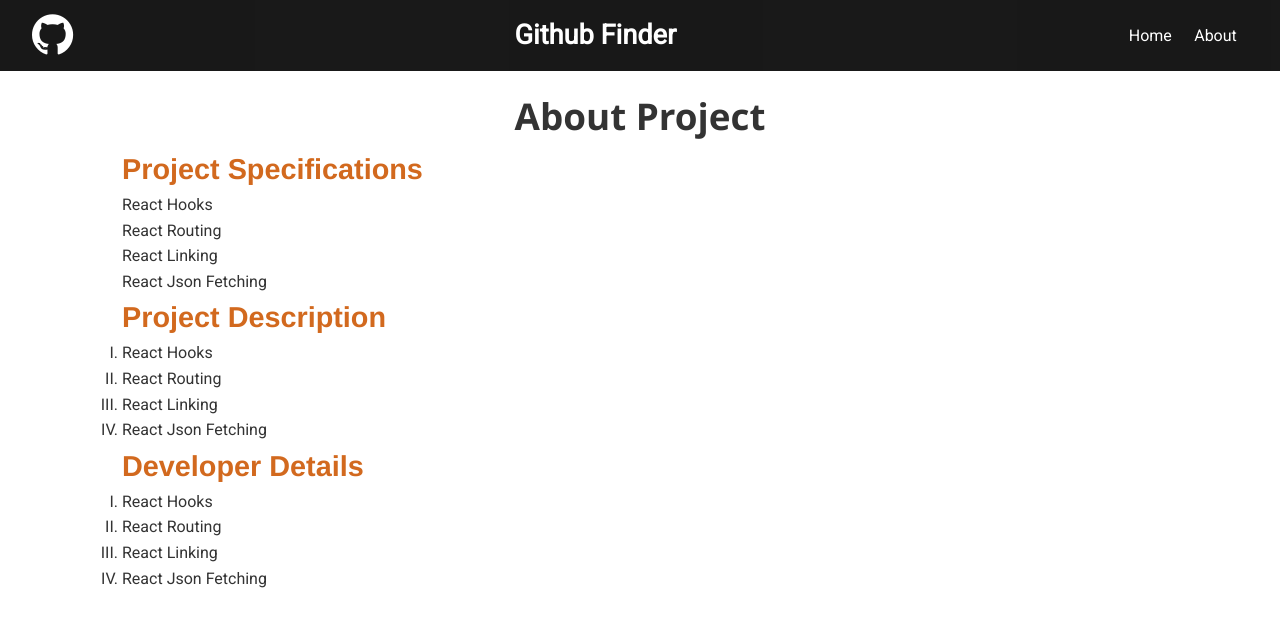
Repository: hemantsaini-7/ReactHooks-GitHub-Clone
Page: /about
An editor plug-in stored every save of this project. The page is shown before and after the next save, followed by the edit.
The browser window is 1280 px wide. The pictures show the whole page.
The project was rebuilt for these pictures with package versions that can differ from the ones it lists, and the page was loaded fresh each time. Also part of the build but not shown: src/components/users/UserItem.js, src/components/layout/Spinner.js, src/components/users/Users.js, src/components/repos/RepoItem.js, src/components/repos/Repos.js, src/components/users/User.js, src/components/users/Search.js, src/components/layout/Alert.js.

Above is the page before, as saved 2020-08-06 10:09:49.

### public/index.html
<!DOCTYPE html>
<html lang="en">
  <head>
    <meta charset="utf-8" />
    <link rel="icon" href="%PUBLIC_URL%/favicon.ico" />
    <meta name="viewport" content="width=device-width, initial-scale=1" />
    <meta name="theme-color" content="#000000" />
    <meta
      name="description"
      content="Web site created using create-react-app"
    />
    <link rel="apple-touch-icon" href="%PUBLIC_URL%/logo192.png" />

    <link rel="manifest" href="%PUBLIC_URL%/manifest.json" />
    <link
      rel="stylesheet"
      href="https://stackpath.bootstrapcdn.com/font-awesome/4.7.0/css/font-awesome.min.css"
    />
    <title>React App</title>
  </head>
  <body>
    <noscript>You need to enable JavaScript to run this app.</noscript>
    <div id="root"></div>
  </body>
</html>

### src/App.js
import React, { Fragment, useState } from "react";
import "./App.css";
import { BrowserRouter as Router, Switch, Route } from "react-router-dom";
import Navbar from "./components/layout/Navbar";
import Users from "./components/users/Users";
import User from "./components/users/User";
import Search from "./components/users/Search";
import Alert from "./components/layout/Alert";
import About from "./components/pages/About";
import axios from "axios";
const App = () => {
  const [users, setUsers] = useState([]);
  const [user, setUser] = useState({});
  const [repos, setRepos] = useState([]);
  const [loading, setLoading] = useState(false);
  const [alert, setAlert] = useState(null);

  const searchUsers = async (text) => {
    //this.setState({ loading: true });
    setLoading(true);
    const res = await axios.get(
      `https://api.github.com/search/users?q=${text}&cliend_id=${process.env.REACT_APP_GITHUB_CLIENT_ID}&client_secret=${process.env.REACT_APP_GITHUB_CLIENT_SECRET}`
    );
    setUsers(res.data.items);
    setLoading(false);
  };

  const clearUsers = () => {
    setUsers([]);
    setLoading(false);
  };

  const showAlert = (msg, type) => {
    //this.setState({ alert: { msg, type } });
    setAlert({ msg, type });
    setTimeout(() => setAlert(null), 5000);
  };

  const getUser = async (username) => {
    setLoading(true);
    const res = await axios.get(
      `https://api.github.com/users/${username}?cliend_id=${process.env.REACT_APP_GITHUB_CLIENT_ID}&client_secret=${process.env.REACT_APP_GITHUB_CLIENT_SECRET}`
    );
    setUser(res.data);
    setLoading(false);
  };

  const getUserRepos = async (username) => {
    setLoading(true);
    const res = await axios.get(
      `https://api.github.com/users/${username}/repos?per_page=5&sort=created:asc&cliend_id=${process.env.REACT_APP_GITHUB_CLIENT_ID}&client_secret=${process.env.REACT_APP_GITHUB_CLIENT_SECRET}`
    );
    setRepos(res.data);
    setLoading(false);
  };

  return (
    <Router>
      <div className='App'>
        <Navbar title='Github Finder' />
        <div className='container'>
          <Alert alert={alert} />
          <Switch>
            <Route
              exact
              path='/'
              render={(props) => (
                <Fragment>
                  <Search
                    searchUsers={searchUsers}
                    clearUsers={clearUsers}
                    showClear={users.length > 0 ? true : false}
                    setAlert={showAlert}
                  />
                  <Users users={users} loading={loading} />
                </Fragment>
              )}
            />
            <Route exact path='/about' component={About} />
            <Route
              exact
              path='/user/:login'
              render={(props) => (
                <User
                  {...props}
                  getUser={getUser}
                  getUserRepos={getUserRepos}
                  repos={repos}
                  user={user}
                  loading={loading}
                />
              )}
            />
          </Switch>
        </div>
      </div>
    </Router>
  );
};

export default App;

### src/App.css
@import url("https://fonts.googleapis.com/css?family=Roboto");

/* Global Styles */
:root {
  --primary-color: #dc3545;
  --dark-color: #333333;
  --light-color: #f4f4f4;
  --danger-color: #dc3545;
  --success-color: #28a745;
}

* {
  box-sizing: border-box;
  margin: 0;
  padding: 0;
}

body {
  font-family: "Roboto", sans-serif;
  font-size: 1rem;
  line-height: 1.6;
  background-color: #fff;
  color: #333;
}

a {
  color: var(--primary-color);
  text-decoration: none;
}

a:hover {
  color: #666;
}

ul {
  list-style: none;
}

img {
  width: 100%;
}

/* Utilities */
.container {
  max-width: 1100px;
  margin: auto;
  overflow: hidden;
  padding: 0 2rem;
}

/* Text Styles*/
.x-large {
  font-size: 4rem;
  line-height: 1.2;
  margin-bottom: 1rem;
}

.large {
  font-size: 3rem;
  line-height: 1.2;
  margin-bottom: 1rem;
}

.lead {
  font-size: 1.5rem;
  margin-bottom: 1rem;
}

.text-center {
  text-align: center;
}

.text-primary {
  color: var(--primary-color);
}

.text-dark {
  color: var(--dark-color);
}

.text-success {
  color: var(--success-color);
}

.text-danger {
  color: var(--danger-color);
}

.text-center {
  text-align: center;
}

.text-right {
  text-align: right;
}

.text-left {
  text-align: left;
}

/* Center All */
.all-center {
  display: flex;
  flex-direction: column;
  width: 100%;
  margin: auto;
  justify-content: center;
  align-items: center;
  text-align: center;
}

/* Cards */
.card {
  padding: 1rem;
  border: #ccc 1px dotted;
  margin: 0.7rem 0;
}

/* List */
.list {
  margin: 0.5rem 0;
}

.list li {
  padding-bottom: 0.3rem;
}

/* Padding */
.p {
  padding: 0.5rem;
}
.p-1 {
  padding: 1rem;
}
.p-2 {
  padding: 2rem;
}
.p-3 {
  padding: 3rem;
}
.py {
  padding: 0.5rem 0;
}
.py-1 {
  padding: 1rem 0;
}
.py-2 {
  padding: 2rem 0;
}
.py-3 {
  padding: 3rem 0;
}

/* Margin */
.m {
  margin: 0.5rem;
}
.m-1 {
  margin: 1rem;
}
.m-2 {
  margin: 2rem;
}
.m-3 {
  margin: 3rem;
}
.my {
  margin: 0.5rem 0;
}
.my-1 {
  margin: 1rem 0;
}
.my-2 {
  margin: 2rem 0;
}
.my-3 {
  margin: 3rem 0;
}

/* Grid */
.grid-2 {
  display: grid;
  grid-template-columns: repeat(2, 1fr);
  grid-gap: 1rem;
}

.grid-3 {
  display: grid;
  grid-template-columns: repeat(3, 1fr);
  grid-gap: 1rem;
}

.grid-4 {
  display: grid;
  grid-template-columns: repeat(4, 1fr);
  grid-gap: 1rem;
}

.btn {
  display: inline-block;
  background: var(--light-color);
  color: #333;
  padding: 0.4rem 1.3rem;
  font-size: 1rem;
  border: none;
  cursor: pointer;
  margin-right: 0.5rem;
  transition: opacity 0.2s ease-in;
  outline: none;
}

.btn-link {
  background: none;
  padding: 0;
  margin: 0;
}

.btn-block {
  display: block;
  width: 100%;
}

.btn-sm {
  font-size: 0.8rem;
  padding: 0.3rem 1rem;
  margin-right: 0.2rem;
}

.badge {
  display: inline-block;
  font-size: 0.8rem;
  padding: 0.2rem 0.7rem;
  text-align: center;
  margin: 0.3rem;
  background: var(--light-color);
  color: #333;
  border-radius: 5px;
}

.alert {
  padding: 0.7rem;
  margin: 1rem 0;
  opacity: 0.9;
  background: var(--light-color);
  color: #333;
}

.btn-primary,
.bg-primary,
.badge-primary,
.alert-primary {
  background: var(--primary-color);
  color: #fff;
}

.btn-light,
.bg-light,
.badge-light,
.alert-light {
  background: var(--light-color);
  color: #333;
}

.btn-dark,
.bg-dark,
.badge-dark,
.alert-dark {
  background: var(--dark-color);
  color: #fff;
}

.btn-danger,
.bg-danger,
.badge-danger,
.alert-danger {
  background: var(--danger-color);
  color: #fff;
}

.btn-success,
.bg-success,
.badge-success,
.alert-success {
  background: var(--success-color);
  color: #fff;
}

.btn-white,
.bg-white,
.badge-white,
.alert-white {
  background: #fff;
  color: #333;
  border: #ccc solid 1px;
}

.btn:hover {
  opacity: 0.8;
}

.bg-light,
.badge-light {
  border: #ccc solid 1px;
}

.round-img {
  border-radius: 50%;
}

/* Forms */
input {
  margin: 1.2rem 0;
}

.form-text {
  display: block;
  margin-top: 0.3rem;
  color: #888;
}

input[type="text"],
input[type="email"],
input[type="password"],
input[type="date"],
select,
textarea {
  display: block;
  width: 100%;
  padding: 0.4rem;
  font-size: 1.2rem;
  border: 1px solid #ccc;
}

input[type="submit"],
button {
  font: inherit;
}

table th,
table td {
  padding: 1rem;
  text-align: left;
}

table th {
  background: var(--light-color);
}

/* Navbar */
.navbar {
  display: flex;
  justify-content: space-between;
  align-items: center;
  padding: 0.7rem 2rem;
  z-index: 1;
  width: 100%;
  opacity: 0.9;
  margin-bottom: 1rem;
}

.navbar ul {
  display: flex;
}

.navbar a {
  color: #fff;
  padding: 0.45rem;
  margin: 0 0.25rem;
}

.navbar a:hover {
  color: var(--light-color);
}

.navbar .welcome span {
  margin-right: 0.6rem;
}
.bg-black {
  background: #000;
  color: #fff;
}
.nav-head {
  font-size: 1.7rem;
  /* margin-left: 100px; */
}
.s-field {
  border-radius: 10px;
  box-shadow: inset 0px 0px 10px #ccc;
}
.s-field:focus {
  outline: none;
}
.about-head {
  text-align: center;
  font-weight: bold;
  font-size: 2.3rem;
  font-family: "Segoe UI", Tahoma, Geneva, Verdana, sans-serif;
}
.content-head {
  font-weight: bold;
  font-size: 1.8rem;
  color: chocolate;
  font-family: "Franklin Gothic Medium", "Arial Narrow", Arial, sans-serif;
}
/* Mobile Styles */
@media (max-width: 700px) {
  .hide-sm {
    display: none;
  }

  .grid-2,
  .grid-3,
  .grid-4 {
    grid-template-columns: 1fr;
  }

  /* Text Styles */
  .x-large {
    font-size: 3rem;
  }

  .large {
    font-size: 2rem;
  }

  .lead {
    font-size: 1rem;
  }

  /* Navbar */
  .navbar {
    display: block;
    text-align: center;
  }

  .navbar ul {
    text-align: center;
    justify-content: center;
  }
}

### src/components/layout/Navbar.js
import React from "react";
import { Link } from "react-router-dom";
function Navbar(props) {
  return (
    <nav className='navbar bg-black '>
      <span>
        <i className='fa fa-github fa-3x'></i>
      </span>
      <h3 className='nav-head'>{props.title}</h3>
      <ul>
        <li>
          <Link to='/'>Home</Link>
        </li>
        <li>
          <Link to='/about'>About</Link>
        </li>
      </ul>
    </nav>
  );
}

export default Navbar;

### src/components/pages/About.js
import React from "react";

const About = () => {
  return (
    <div className='about-div'>
      <h1 className='about-head'>About Project</h1>
      <div className='content-div'>
        <h1 className='content-head'>Project Specifications</h1>
        <ul type='I'>
          <li>React Hooks</li>
          <li>React Routing</li>
          <li>React Linking</li>
          <li>React Json Fetching</li>
        </ul>
      </div>
      <div className='content-div'>
        <h1 className='content-head'>Project Description</h1>
        <ol type='I'>
          <li>React Hooks</li>
          <li>React Routing</li>
          <li>React Linking</li>
          <li>React Json Fetching</li>
        </ol>
      </div>
      <div className='content-div'>
        <h1 className='content-head'>Developer Details</h1>
        <ol type='I'>
          <li>React Hooks</li>
          <li>React Routing</li>
          <li>React Linking</li>
          <li>React Json Fetching</li>
        </ol>
      </div>
    </div>
  );
};
export default About;

Loaded but not shown: src/index.js (common file)

After the next save:
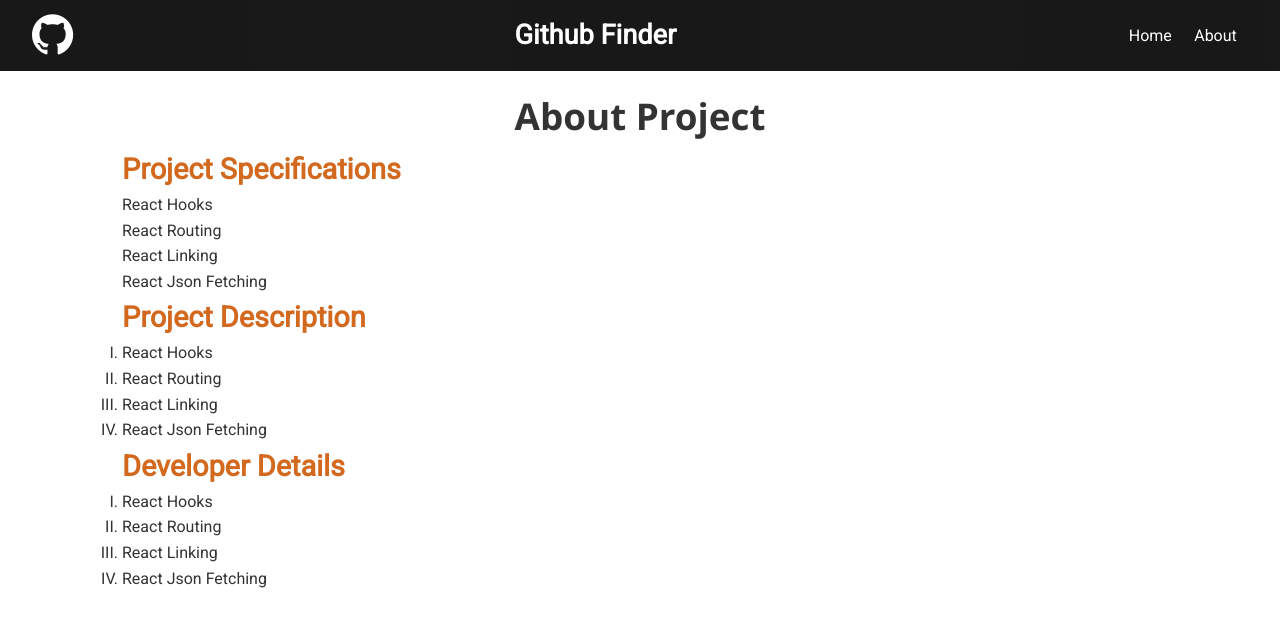
Saved 8 s later.
--- a/src/App.css
+++ b/src/App.css
@@ -400,7 +400,6 @@
   font-weight: bold;
   font-size: 1.8rem;
   color: chocolate;
-  font-family: "Franklin Gothic Medium", "Arial Narrow", Arial, sans-serif;
 }
 /* Mobile Styles */
 @media (max-width: 700px) {
